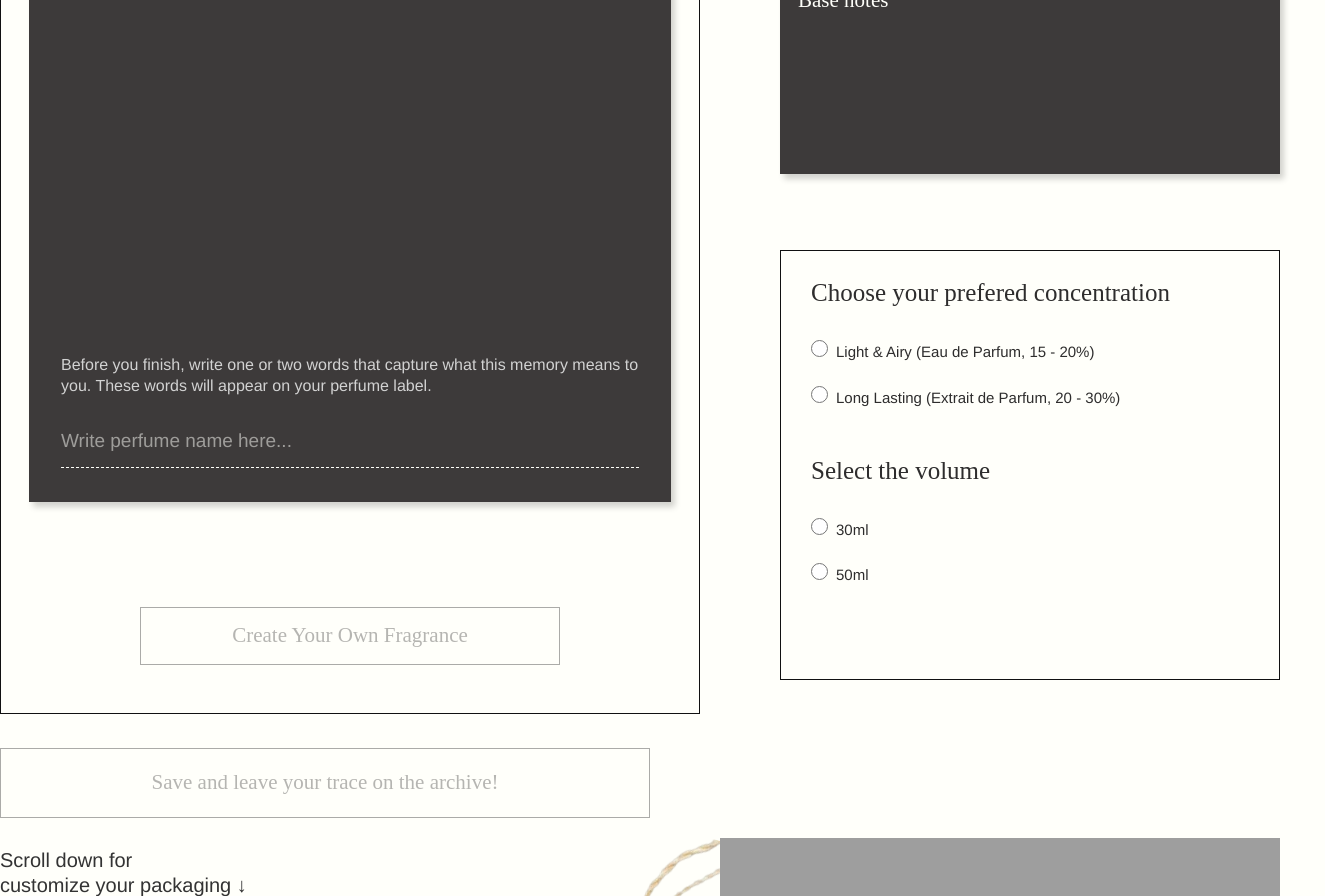
Repository: doagunes/Sillage
Page: /create
These files come from the project's save history. The page is drawn as it stood at one moment and after the next save; the edit follows.
The browser window is 1280 px wide. The page is 1325 px wide, so the pictures cover 1325 px, including what lies to the right of the window. The pictures show the part of the page from y = 1146 to 2042 px (the page is 4134 px tall before and 4240 px after).
Pictures or frames that could not be fetched are drawn as grey boxes. Some web fonts or font styles are not loaded; a fallback is used. The project was rebuilt for these pictures with package versions that can differ from the ones it lists, and the page was loaded fresh each time. Also part of the build but not shown: vite.config.js, src/pages/SignUp.css, src/pages/SignUp.jsx, src/pages/Login.css, src/pages/Login.jsx, src/components/DynamicPerfumeBottle.css, src/components/DynamicPerfumeBottle.jsx, src/pages/Account.css and 17 more.

Above is the page before, as saved 2026-06-06 12:42:32.

### index.html
<!doctype html>
<html lang="en">
  <head>
    <meta charset="UTF-8" />
    <link rel="icon" type="image/svg+xml" href="/favicon.svg" />
    <meta name="viewport" content="width=device-width, initial-scale=1.0" />
    <title>sillage</title>
  </head>
  <body>
    <div id="root"></div>
    <script type="module" src="/src/main.jsx"></script>
  </body>
</html>

### src/main.jsx
import React from 'react'
import ReactDOM from 'react-dom/client'
import App from './App'
import './index.css'
import "./styles/fonts.css";

ReactDOM.createRoot(document.getElementById('root')).render(
  <React.StrictMode>
    <App />
  </React.StrictMode>,
)

### src/App.jsx
import "./index.css";
import { BrowserRouter, Routes, Route } from "react-router-dom";
import { AuthProvider } from "./context/AuthContext";
import { CartProvider } from "./context/CartContext";

import SignUp from "./pages/SignUp";
import Login from "./pages/Login";
import Account from "./pages/Account";

import Home from "./pages/Home";
import About from "./pages/About";
import Create from "./pages/Create";
import Archive from "./pages/Archive";
import ArchiveDetail from "./pages/ArchiveDetail";
import Cart from "./pages/Cart";
import ScentDetail from "./pages/ScentDetail";

function App() {
  return (
    <AuthProvider>
      <CartProvider>
        <BrowserRouter>
          <Routes>
            <Route path="/" element={<Home />} />
            <Route path="/about" element={<About />} />
            <Route path="/create" element={<Create />} />
            <Route path="/archive" element={<Archive />} />
            <Route path="/archive/:id" element={<ArchiveDetail />} />

            <Route path="/signup" element={<SignUp />} />
            <Route path="/login" element={<Login />} />
            <Route path="/account" element={<Account />} />

            <Route path="/cart" element={<Cart />} />

            <Route path="/scents/:scentId" element={<ScentDetail />} />
          </Routes>
        </BrowserRouter>
      </CartProvider>
    </AuthProvider>
  );
}

export default App;

### src/index.css
@import "tailwindcss";

@font-face {
  font-family: "Richmond Display";
  src: url("./assets/fonts/RichmondDisplay-Light.otf") format("opentype");
  font-weight: 300;
  font-style: normal;
}

@font-face {
  font-family: "Helvetica Neue Light";
  src: url("./assets/fonts/HelveticaNeue-Light.otf") format("opentype");
  font-weight: 300;
  font-style: normal;
}

:root {
  --font-heading: "Richmond Display", serif;
  --font-body: "Helvetica Neue Light", Arial, sans-serif;
}

* {
  margin: 0;
  padding: 0;
  box-sizing: border-box;
}

body {
  background-color: #f7f3ee;
  font-family: var(--font-body);
}

h1,
h2,
h3,
h4,
h5,
h6 {
  font-family: var(--font-heading);
  font-weight: 300;
}
@keyframes luxuryFade {
  from {
    opacity: 0;
    transform: translateY(40px);
    filter: blur(8px);
  }

  to {
    opacity: 1;
    transform: translateY(0);
    filter: blur(0);
  }
}

.page-enter {
  animation: luxuryFade 1.8s cubic-bezier(0.22, 1, 0.36, 1);
}

### src/styles/fonts.css
@font-face {
  font-family: "Richmond Display";
  src: url("../assets/fonts/RichmondDisplay-Light.otf")
    format("opentype");
  font-weight: 300;
  font-style: normal;
}

@font-face {
  font-family: "Helvetica Neue Light";
  src: url("../assets/fonts/HelveticaNeue-Light.otf")
    format("opentype");
  font-weight: 300;
  font-style: normal;
}

### src/context/AuthContext.jsx
import { createContext, useContext, useEffect, useState } from "react";

const AuthContext = createContext();

const API_URL = "http://localhost:5001/api";

export function AuthProvider({ children }) {
  const [user, setUser] = useState(null);

  useEffect(() => {
    const savedCurrentUser = localStorage.getItem("sillageCurrentUser");

    if (savedCurrentUser) {
      setUser(JSON.parse(savedCurrentUser));
    }
  }, []);

  const signup = async ({ username, email, password }) => {
    try {
      const response = await fetch(`${API_URL}/signup`, {
        method: "POST",
        headers: {
          "Content-Type": "application/json",
        },
        body: JSON.stringify({
          username,
          email,
          password,
        }),
      });

      const data = await response.json();

      if (!response.ok) {
        return {
          success: false,
          message: data.message || "Signup failed.",
        };
      }

      localStorage.setItem("sillageCurrentUser", JSON.stringify(data));
      setUser(data);

      return {
        success: true,
        user: data,
      };
    } catch (error) {
      return {
        success: false,
        message: "Could not connect to the server.",
      };
    }
  };

  const login = async (email, password) => {
    try {
      const response = await fetch(`${API_URL}/login`, {
        method: "POST",
        headers: {
          "Content-Type": "application/json",
        },
        body: JSON.stringify({
          email,
          password,
        }),
      });

      const data = await response.json();

      if (!response.ok) {
        return {
          success: false,
          message: data.message || "Login failed.",
        };
      }

      localStorage.setItem("sillageCurrentUser", JSON.stringify(data));
      setUser(data);

      return {
        success: true,
        user: data,
      };
    } catch (error) {
      return {
        success: false,
        message: "Could not connect to the server.",
      };
    }
  };

  const logout = () => {
    localStorage.removeItem("sillageCurrentUser");
    setUser(null);
  };

  const isLoggedIn = Boolean(user);

  return (
    <AuthContext.Provider value={{ user, isLoggedIn, signup, login, logout }}>
      {children}
    </AuthContext.Provider>
  );
}

export function useAuth() {
  return useContext(AuthContext);
}

### src/components/Navbar.jsx
import "./Navbar.css";
import { Link } from "react-router-dom";
import { useAuth } from "../context/AuthContext";

import logo from "../assets/navbar/sillage-logo.svg";
import userIcon from "../assets/navbar/user-icon.svg";
import bagIcon from "../assets/navbar/bag-icon.svg";
import instagramIcon from "../assets/navbar/instagram-icon.svg";

function Navbar() {
  const { isLoggedIn } = useAuth();

  return (
    <header className="navbar">
      <Link to="/" className="logo">
        <img src={logo} alt="sillage" />
      </Link>

      <nav className="nav-links">
        <Link to="/about">About</Link>
        <Link to="/create">Create Your Own Fragrance</Link>
        <Link to="/archive">Memory Archive</Link>
      </nav>

      <div className="nav-icons">
        <Link to={isLoggedIn ? "/account" : "/signup"} className="nav-icon-link">
          <img src={userIcon} alt="Account" />
        </Link>

        <Link to="/cart" className="nav-icon-link">
          <img src={bagIcon} alt="Cart" />
        </Link>

        <a
          href="https://www.instagram.com/"
          target="_blank"
          rel="noreferrer"
          className="nav-icon-link"
        >
          <img src={instagramIcon} alt="Instagram" />
        </a>
      </div>
    </header>
  );
}

export default Navbar;

### src/components/Footer.jsx
import "./Footer.css";
import { Link } from "react-router-dom";
import logo from "../assets/sillage-logo-b.svg";

function Footer() {
  return (
    <footer className="footer">
      <Link to="/" className="footer-brand">
        <img src={logo} alt="Sillage" />
      </Link>

      <div className="footer-col">
        <Link to="/about">
          <h3>About</h3>
        </Link>
      </div>

      <div className="footer-col">
        <h3>Scent Studio</h3>

        <Link to="/create">
          Create Your Own Perfume
        </Link>

        <Link to="/create">
          Customize Your Packaging
        </Link>
      </div>

      <div className="footer-col">
        <Link to="/archive">
          <h3>Memory Archive</h3>
        </Link>
      </div>

      <div className="footer-col contact">
        <h3>Contacts</h3>

        <p>info@sillageperfumery.com.tr</p>

        <p>
          +90 123 456 78 90 &nbsp; | &nbsp; Izmir / Turkey
        </p>
      </div>
    </footer>
  );
}

export default Footer;

### src/pages/Create.css
.create-page {
  background: #fffffa;
  color: #2E2D2D;
  font-family: "Helvetica Neue", Arial, sans-serif;
}

/* HERO */

.create-hero {
  width: 1280px;
  margin: 0 auto;
  display: grid;
  grid-template-columns: 50% 50%;
  border-left: 1px solid #111;
  border-right: 1px solid #111;
  border-bottom: 1px solid #111;
  border-top: none;
}

.create-hero-left {
  height: 330px;
  padding: 42px 32px 28px;
  box-sizing: border-box;

  display: flex;
  flex-direction: column;
  justify-content: space-between;
}

.create-hero-left h1 {
  margin: 0;
  font-family: "Richmond Display", serif;
  font-size: 44px;
  line-height: 1.18;
  font-weight: 300;
  letter-spacing: 0.01em;
  color: #2E2D2D;
}

.create-hero-left p {
  margin: 0;
  font-size: 36px;
  font-weight: 300;
  line-height: 1;
}

.create-hero-image {
  height: 330px;
  border-left: 1px solid #111;
  overflow: hidden;
}

.create-hero-image img {
  width: 100%;
  height: 100%;
  object-fit: cover;
  filter: grayscale(100%);
  display: block;
}

/* STEPS */

.steps-grid {
  width: 1280px;
  margin: 0 auto 62px;
  display: grid;
  grid-template-columns: repeat(4, 1fr);
  border-left: 1px solid #111;
}

.step-card {
  min-height: 270px;
  border-right: 1px solid #111;
  border-bottom: 1px solid #111;
  position: relative;
  padding: 100px 28px 28px;
  box-sizing: border-box;
}

.step-number {
  position: absolute;
  top: 0;
  left: 0;
  width: 66px;
  height: 66px;
  border-right: 1px solid #111;
  border-bottom: 1px solid #111;

  display: flex;
  align-items: center;
  justify-content: center;

  font-family: "Richmond Display", serif;
  font-size: 44px;
  font-weight: 300;
  line-height: 1;
}

.step-card p {
  margin: 0;
  font-size: 30px;
  line-height: 1.22;
  font-weight: 100;
}

/* CREATE MAIN */

.create-main {
  width: 1280px;
  margin: 70px auto 0;

  display: grid;
  grid-template-columns: 700px 500px;

  gap: 80px;

  align-items: start;
}

.memory-panel {
  border: 1px solid #111;
  padding: 38px 28px 48px;
  min-height: 900px;
  box-sizing: border-box;
}

.memory-panel h3 {
  margin: 0 0 30px;
  font-family: "Richmond Display", serif;
  font-size: 18px;
  font-weight: 400;
  line-height: 1.28;
}

.memory-panel > p {
  margin: 0 0 32px;
  color: #8a8a8a;
  font-size: 16px;
  line-height: 1.35;
  font-family: "Helvetica Neue", Arial, sans-serif;
}

.memory-input {
  background: #3d3a3a;
  color: #fffffa;
  height: 610px;
  padding: 34px 32px;
  box-sizing: border-box;
  display: flex;
  flex-direction: column;
  box-shadow: 4px 5px 6px rgba(0, 0, 0, 0.18);
  font-family: "Helvetica Neue", Arial, sans-serif;
}

.memory-input textarea {
  flex: 1;
  min-height: 360px;
  background: transparent;
  border: none;
  color: #fffffa;
  font-size: 20px;
  line-height: 1.4;
  outline: none;
  resize: none;
}

.memory-input span {
  color: #d2d2d2;
  font-size: 16px;
  line-height: 1.35;
  margin-top: auto;
}

.memory-title-input {
  margin-top: 22px;
  background: transparent;
  border: none;
  border-bottom: 1px dashed #fffffa;
  color: #fffffa;
  font-size: 19px;
  outline: none;
  padding: 8px 0 12px;
}

.memory-panel > button {
  width: 420px;
  height: 58px;
  margin: 105px auto 0;
  display: block;
  border: 1px solid #111;
  background: transparent;
  font-family: "Richmond Display", serif;
  font-size: 21px;
  cursor: pointer;
}

/* NOTES */

.notes-panel {
  display: grid;
  grid-template-columns: 1fr;
  gap: 26px;
}

.note-box {
  height: 105px;
  background: #3d3a3a;
  color: #fffffa;
  padding: 16px 18px;
  box-sizing: border-box;
  box-shadow: 4px 5px 6px rgba(0, 0, 0, 0.18);

  overflow-y: auto;
  overflow-x: hidden;
}

.note-heart {
  height: 132px;
  overflow-y: auto;
}

.note-base {
  height: 205px;
  overflow-y: auto;
}

.note-box h3 {
  margin: 0 0 8px;
  font-family: "Richmond Display", serif;
  font-size: 21px;
  font-weight: 300;
}

/* OPTIONS */

.options-box {
  border: 1px solid #111;
  min-height: 430px;
  padding: 28px 30px;
  box-sizing: border-box;
  margin-top: 50px;
}

.options-box h3 {
  margin: 0 0 32px;
  font-family: "Richmond Display", serif;
  font-size: 25px;
  line-height: 1.15;
  font-weight: 300;
}

.options-box h3:nth-of-type(2) {
  margin-top: 48px;
}

.options-box label {
  display: block;
  margin-bottom: 22px;
  font-size: 15px;
  font-weight: 300;
}

.options-box input {
  width: 17px;
  height: 17px;
  margin-right: 8px;
  accent-color: #111;
}

/* SAVE */

.archive-save {
  width: 1280px;
  margin: 34px auto 80px;
  position: relative;
  z-index: 20;
}

.archive-save button {
  width: 650px;
  height: 70px;
  border: 1px solid #111;
  background: transparent;
  font-family: "Richmond Display", serif;
  font-size: 21px;
  cursor: pointer;
  position: relative;
  z-index: 21;
}

/* TAG */

.tag-section {
  width: 1280px;
  height: 360px;
  margin: 0 auto 45px;
  position: relative;
}

.scroll-hint {
  position: absolute;
  left: 0;
  top: -50px;

  display: flex;
  flex-direction: column;

  font-size: 20px;
  font-weight: 300;
  line-height: 1.25;
  color: #333;
}

.tag-img {
  position: absolute;
  left: 257px;
  top: -150px;

  width: 500px;
  height: auto;
  display: block;
}

.tag-photo-img {
  position: absolute;
  right: 0;
  top: -60px;

  width: 560px;
  height: 400px;
  object-fit: cover;
  display: block;
}

/* CUSTOMIZE SECTION */

.customize-section {
  width: 1280px;
  margin: 0 auto 90px;
}

.customize-section h2 {
  font-family: "Richmond Display", serif;
  font-size: 42px;
  font-weight: 100;
  margin: 0 0 55px;
  color: #2E2D2D;
}

.customize-grid {
  display: grid;
  grid-template-columns: 58% 42%;
  gap: 45px;
  align-items: start;
}

.package-preview {
  width: 100%;
  height: 670px;
  overflow: hidden;
}

.package-preview img {
  width: 100%;
  height: 100%;
  object-fit: cover;
  display: block;
}

/* RIGHT PANEL */

.package-customize-panel h3 {
  font-family: "Richmond Display", serif;
  font-size: 28px;
  font-weight: 300;
  line-height: 1.2;
  margin: 0 0 35px;
  color: #222;
}

.package-upload-box {
  height: 260px;
  border: 2px dashed #c9d1d8;
  display: flex;
  flex-direction: column;
  align-items: center;
  justify-content: center;
  gap: 22px;
  position: relative;
  margin-bottom: 150px;
}

.upload-icon {
  font-size: 34px;
  color: #111;
  line-height: 1;
}

.package-upload-box p {
  margin: 0;
  text-align: center;
  font-size: 25px;
  font-weight: 300;
  line-height: 1.25;
  color: #666;
}

.package-upload-plus {
  width: 58px;
  height: 58px;
  background: #202020;
  color: #fffffa;
  display: flex;
  align-items: center;
  justify-content: center;
  font-size: 34px;
  font-weight: 300;
  cursor: pointer;
}

.package-upload-preview {
  width: 100%;
  height: 100%;
  object-fit: cover;
}

.package-description {
  font-size: 19px;
  font-weight: 100;
  line-height: 1.22;
  color: #333;
  margin: 0;
}

/* PACKAGING CHOICE */

.packaging-choice-section {
  width: 1280px;
  margin: 120px auto 110px;
  display: grid;
  grid-template-columns: 760px 430px;
  gap: 90px;
  align-items: start;
}

.packaging-options {
  display: grid;
  grid-template-columns: 1fr 1fr;
  border: 1px solid #111;
}

.packaging-card {
  padding: 26px 24px 34px;
  min-height: 520px;
  border-right: 1px solid #111;
  box-sizing: border-box;
  cursor: pointer;
}

.packaging-card:last-child {
  border-right: none;
}

.packaging-title {
  display: flex;
  align-items: center;
  gap: 18px;
  margin-bottom: 24px;

  font-family: "Richmond Display", serif;
  font-size: 24px;
  font-weight: 300;
  line-height: 1.15;
}

.packaging-title input {
  width: 22px;
  height: 22px;
  accent-color: #111;
}

.packaging-image {
  width: 100%;
  height: 390px;
  overflow: hidden;
}

.packaging-image img {
  width: 100%;
  height: 100%;
  object-fit: cover;
  display: block;
}

/* RIGHT MEMORY LINE */

.memory-line-panel {
  width: 100%;
}

.memory-line-box {
  border: 1px solid #111;
  padding: 28px 26px 20px;
  box-sizing: border-box;
}

.memory-line-box h3 {
  margin: 0 0 34px;
  font-family: "Richmond Display", serif;
  font-size: 28px;
  font-weight: 300;
  line-height: 1.12;
}

.memory-line-box p {
  margin: 0 0 26px;
  font-size: 21px;
  font-weight: 300;
  line-height: 1.22;
}

.memory-line-box textarea {
  width: 100%;
  height: 150px;
  background: #3D3B3B;
  color: #fffffa;
  border: none;
  padding: 22px;
  box-sizing: border-box;
  resize: none;
  outline: none;

  font-size: 20px;
  font-family: "Helvetica Neue", Arial, sans-serif;
}

.final-cart-btn {
  width: 100%;
  height: 70px;
  margin-top: 42px;
  border: 1px solid #111;
  background: transparent;

  font-family: "Richmond Display", serif;
  font-size: 31px;
  font-weight: 300;
  text-align: left;
  padding-left: 22px;
  cursor: pointer;
}

.final-cart-btn:disabled {
  opacity: 0.35;
  cursor: not-allowed;
  pointer-events: none;
}

/* PLACEHOLDER */

.placeholder {
  background: #ddd9d3;
  color: #777;
  display: flex;
  align-items: center;
  justify-content: center;
}

/* RESPONSIVE */

@media (max-width: 900px) {
  .create-hero,
  .steps-grid,
  .create-main,
  .archive-save,
  .tag-section,
  .customize-section,
  .packaging-choice-section {
    width: calc(100% - 32px);
  }

  .create-hero,
  .create-main,
  .customize-grid,
  .packaging-choice-section {
    grid-template-columns: 1fr;
  }

  .steps-grid {
    grid-template-columns: 1fr;
  }

  .archive-save button,
  .memory-panel > button {
    width: 100%;
  }

  .tag-section {
    grid-template-columns: 1fr;
  }

  .packaging-options {
    grid-template-columns: 1fr;
  }

  .packaging-card {
    border-right: none;
    border-bottom: 1px solid #111;
  }
}
.disabled-cart-btn {
  opacity: 0.35;
  cursor: not-allowed;
}

.cart-error-message {
  margin: 24px 0 -24px;
  color: #8b0000;
  font-family: Arial, sans-serif;
  font-size: 15px;
}

.create-fragrance-btn:disabled,
.save-trace-btn:disabled {
  opacity: 0.35;
  cursor: not-allowed;
  pointer-events: none;
}

.create-fragrance-btn:not(:disabled),
.save-trace-btn:not(:disabled) {
  opacity: 1;
  cursor: pointer;
}
.final-cart-btn:disabled,
.create-fragrance-btn:disabled,
.save-trace-btn:disabled {
  opacity: 0.35;
  cursor: not-allowed;
  pointer-events: none;
}

.disabled-packaging-card {
  opacity: 0.45;
  cursor: not-allowed;
}
.package-upload-box .upload-icon {
  font-size: 38px;
}

.package-upload-box p {
  text-align: center;
}

### src/components/Navbar.css
.navbar {
  height: 150px;

  display: grid;
  grid-template-columns: 420px 1fr 220px;

  align-items: center;

  padding: 0 60px;

  background: #fffffa;
  border-bottom: 1px solid #111;
}

.logo {
  justify-self: start;
}

.logo img {
  width: 288px;
  height: auto;
  display: block;
}

.nav-links {
  display: flex;
  justify-content: center;
  align-items: center;

  gap: 90px;

  margin-top: 53px;
}

.nav-links a {
  color: #111;
  text-decoration: none;

  font-family: "Helvetica Neue", Arial, sans-serif;
  font-size: 22px;
  font-weight: 300;
  line-height: 1.15;
}

.nav-icons {
  display: flex;
  justify-content: flex-end;
  align-items: center;

  gap: 24px;

  margin-top: 53px;
}

.nav-icon-link {
  display: flex;
  align-items: center;
  justify-content: center;
  text-decoration: none;
}

.nav-icon-link img {
  width: 20px;
  height: 20px;
  object-fit: contain;
}

### src/components/Footer.css
.footer {
  background: #222222;
  color: #f5f5f2;

  height: 145px;
  padding: 28px 120px 24px;

  display: grid;
  grid-template-columns: 2.2fr 0.8fr 1.4fr 1.2fr 1.4fr;
  align-items: start;
  column-gap: 90px;

  box-sizing: border-box;
  overflow: hidden;
}

.footer-brand {
  display: flex;
  align-items: flex-start;
  justify-content: flex-start;
  margin-left: -30px; /* sola yaklaştır */
}

.footer-brand img {
  width: 260px; /* büyüt */
  height: auto;
  display: block;
  margin-top: -120px;
}

.footer-col {
  display: flex;
  flex-direction: column;
}

.footer-col h3,
.footer-title-link {
  font-family: Georgia, "Times New Roman", serif;
  font-size: 18px;
  font-weight: 400;
  color: #f5f5f2;
  text-decoration: none;
  margin: 0 0 18px;
  line-height: 1;
}

.footer-col a,
.footer-col p {
  color: rgba(255, 255, 255, 0.78);
  text-decoration: none;

  font-size: 14px;
  font-weight: 300;
  line-height: 1.35;

  margin: 0 0 6px;
}

.footer-col a:hover,
.footer-title-link:hover {
  color: white;
}

.contact p:first-of-type {
  margin-bottom: 8px;
}

Loaded but not shown: src/data/scentWords.js (584 lines, source omitted); src/utils/analyzeMemory.js (50 lines, source omitted); src/pages/Create.jsx (442 lines, source omitted); src/pages/Home.css (477 lines, source omitted); src/context/CartContext.jsx (158 lines, source omitted)

After the next save:
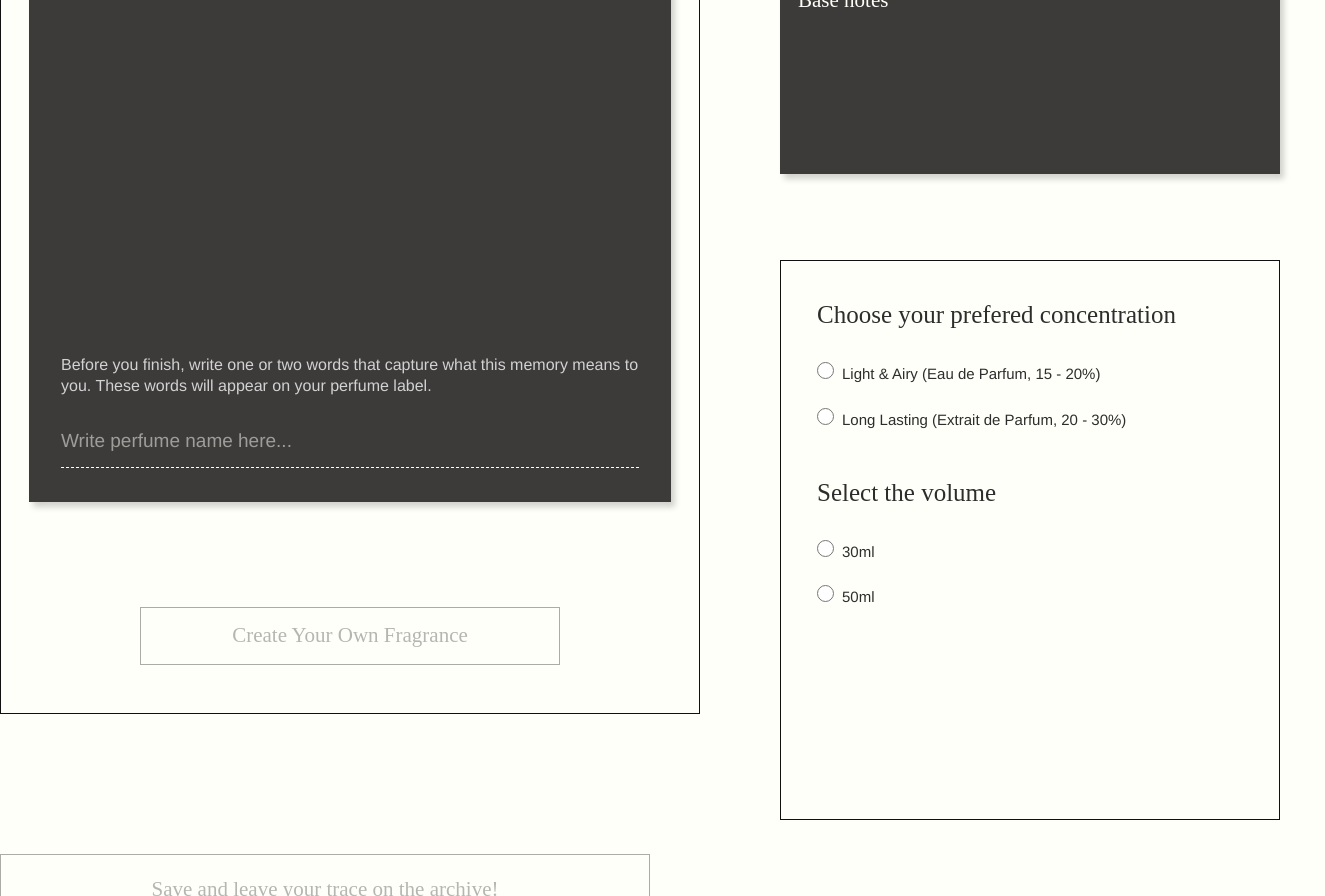
Saved 12 s later.
--- a/src/pages/Create.css
+++ b/src/pages/Create.css
@@ -235,10 +235,16 @@
 
 .options-box {
   border: 1px solid #111;
-  min-height: 430px;
-  padding: 28px 30px;
-  box-sizing: border-box;
-  margin-top: 50px;
+
+  min-height: 560px;
+
+  padding: 40px 36px;
+
+  box-sizing: border-box;
+
+  margin-top: 60px;
+
+  background: #fffffa;
 }
 
 .options-box h3 {
